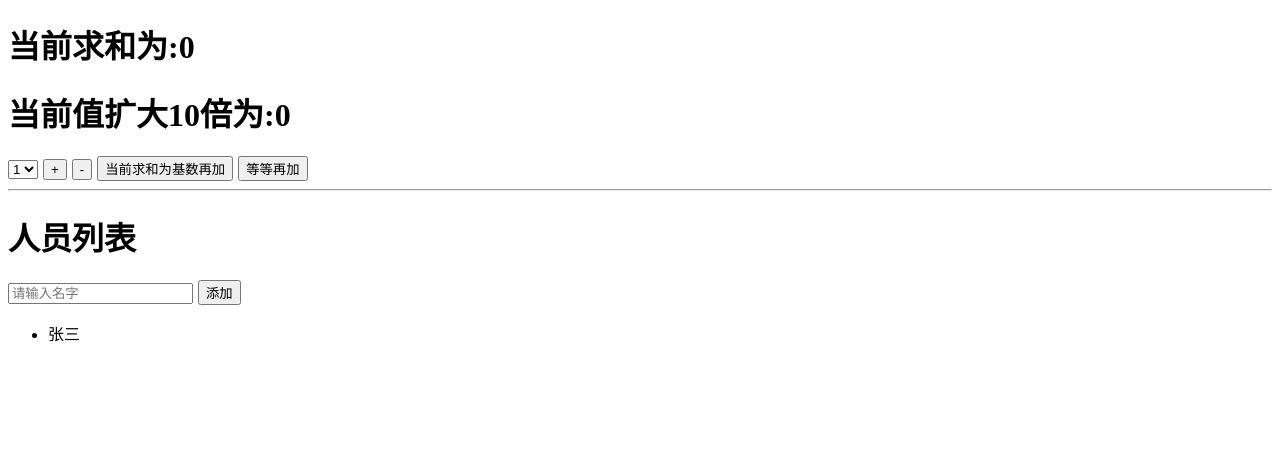
Repository: ldqml/vue.test
Page: / (app in vuexx/)
An editor plug-in stored every save of this project. The page is shown before and after the next save, followed by the edit.
The browser window is 1280 px wide. The pictures show the whole page.
The project was rebuilt for these pictures with package versions that can differ from the ones it lists, and the page was loaded fresh each time. Also part of the build but not shown: vuexx/vue.config.js.

Above is the page before, as saved 2022-08-21 18:17:27.

### vuexx/src/App.vue
<template>
<div>
    <sum-add></sum-add>
    <hr>
    <per-son></per-son>
</div>
</template>

<script>
import PerSon from './components/PerSon'
import SumAdd from './components/SumAdd'
export default {
    name:'App',
    components:{SumAdd,PerSon}
}
</script>

<style>

</style>

### vuexx/src/store/index.js
import Vue from 'vue';
import Vuex from 'vuex';

Vue.use(Vuex)

const actions ={
    Ji(content,value){
        if(content.state.sum % 2){
            content.commit('Add',value)
        }
    },
    Timeadd(content,value){
        setTimeout(() =>{
            content.commit('Add',value)
        },1000)
    }
}
const mutations ={
    Add(state,value){
        state.sum += value
    },
    Jian(state,value){
        state.sum -= value
    },
    Addname(state,value){
        state.personlist.unshift(value)
    }
}
const state ={
    sum:0,
    personlist:[{id:'001',name:'张三'}]
}
const getters ={
    Bigsum(state){
        return state.sum*10
    }
}
export default new Vuex.Store({
    actions,
    mutations,
    state,
    getters
})

### vuexx/src/components/PerSon.vue
<template>
  <div>
    <h1>人员列表</h1>
    <input type="text" placeholder="请输入名字" v-model="name">
    <button @click="add">添加</button>
    <ul>
        <li v-for="p in personlist" :key="p.id">{{p.name}}</li>
    </ul>
  </div>
</template>

<script>
import {nanoid} from "nanoid"
export default {
    name:"PerSon",
    data(){
        return{
            name:''
        }
    },
    computed:{
        personlist(){
            return this.$store.state.personlist
        }
    },
    methods:{
        add(){
            const personobj = {id:nanoid(),name:this.name}
            this.$store.commit('Addname',personobj)
            this.name =''
        }
    }
}
</script>

<style>

</style>

### vuexx/src/components/SumAdd.vue
<template>
  <div>
    <h1>当前求和为:{{sum}}</h1>
    <h1>当前值扩大10倍为:{{Bigsum}}</h1>
    <select v-model.number="n">
        <option value="1">1</option>
        <option value="2">2</option>
        <option value="3">3</option>
    </select>
    <button @click="jia(n)">+</button>
    <button @click="jian(n)">-</button>
    <button @click="ji(n)">当前求和为基数再加</button>
    <button @click="deng(n)">等等再加</button>
  </div>
</template>

<script>
import {mapGetters, mapState,mapMutations,mapActions} from 'vuex'
export default {
    name:'SumAdd',
    data(){
        return{
            n:1,
        }
    },
    methods:{
        ...mapMutations({jia:'Add',jian:'Jian'}),
        ...mapActions({ji:'Ji',deng:'Timeadd'})
    },
    computed:{
        ...mapState({sum:'sum'}),
        ...mapGetters({Bigsum:'Bigsum'})
    },
}
</script>

<style>
button{
    margin-left: 5px;
}
</style>

Loaded but not shown: vuexx/public/index.html (common file); vuexx/src/main.js (common file)

After the next save:
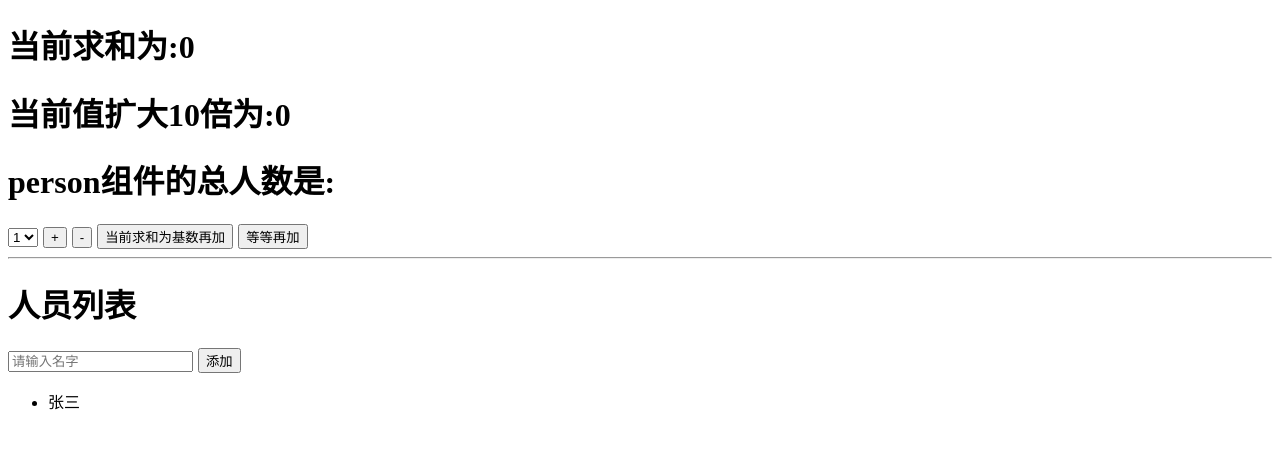
Saved 3 min 16 s later.
--- a/vuexx/src/components/SumAdd.vue
+++ b/vuexx/src/components/SumAdd.vue
@@ -2,6 +2,7 @@
   <div>
     <h1>当前求和为:{{sum}}</h1>
     <h1>当前值扩大10倍为:{{Bigsum}}</h1>
+    <h1>person组件的总人数是:{{personlist.lenght}}</h1>
     <select v-model.number="n">
         <option value="1">1</option>
         <option value="2">2</option>
@@ -28,7 +29,7 @@ export default {
         ...mapActions({ji:'Ji',deng:'Timeadd'})
     },
     computed:{
-        ...mapState({sum:'sum'}),
+        ...mapState({sum:'sum',personlist:'personlist'}),
         ...mapGetters({Bigsum:'Bigsum'})
     },
 }
